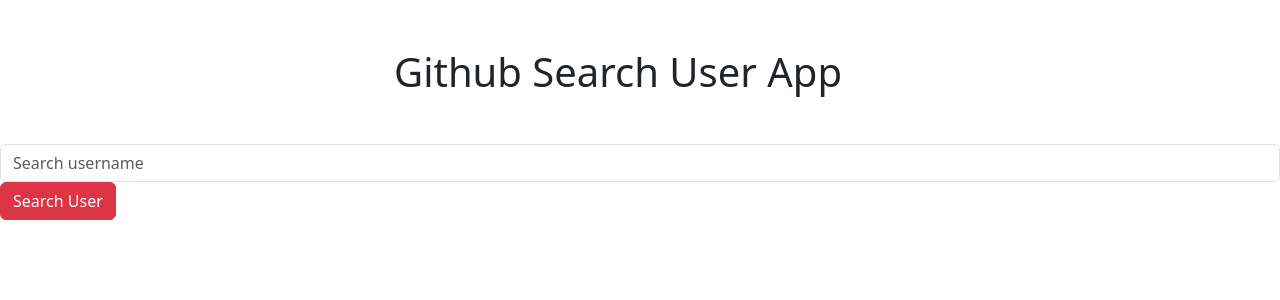
Repository: solox-cyber/Github-search-user
Page: index.html
An editor plug-in stored every save of this project. The page is shown before and after a run of saves, followed by the edit.
The browser window is 1280 px wide. The pictures show the whole page.

Above is the page before, as saved 2023-03-25 17:11:30.

### index.html
<!DOCTYPE html>
<html lang="en">

<head>
    <meta charset="UTF-8">
    <meta http-equiv="X-UA-Compatible" content="IE=edge">
    <meta name="viewport" content="width=device-width, initial-scale=1.0">
    <title>Github Search User Using Github API</title>
    <link href="https://cdn.jsdelivr.net/npm/bootstrap@5.3.0-alpha2/dist/css/bootstrap.min.css" rel="stylesheet"
        integrity="sha384-aFq/bzH65dt+w6FI2ooMVUpc+21e0SRygnTpmBvdBgSdnuTN7QbdgL+OapgHtvPp" crossorigin="anonymous">
</head>

<body>
    <div class="container m-5">
        <h1 style="text-align: center;">
            Github Search User App
        </h1>
    </div>
    <form id="myForm" autocomplete="off" action="">
        <div class="form-group">
            <input type="text" name="" class="form-control" placeholder="Search username" id="">
        </div>
        <div class="form-group">
            <button class="btn btn-danger btn-block">
                Search User
            </button>
        </div>
    </form>
    <script src="https://cdn.jsdelivr.net/npm/bootstrap@5.3.0-alpha2/dist/js/bootstrap.bundle.min.js"
        integrity="sha384-qKXV1j0HvMUeCBQ+QVp7JcfGl760yU08IQ+GpUo5hlbpg51QRiuqHAJz8+BrxE/N"
        crossorigin="anonymous"></script>
</body>

</html>

After the next 2 saves:
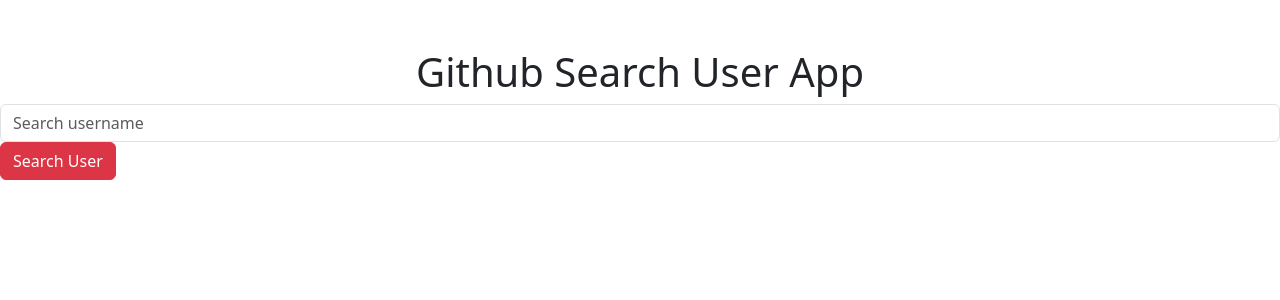
The 2 saves are shown as one change because they came seconds apart.
The last was saved 11 s later.
--- a/index.html
+++ b/index.html
@@ -11,7 +11,7 @@
 </head>
 
 <body>
-    <div class="container m-5">
+    <div class="container mt-5">
         <h1 style="text-align: center;">
             Github Search User App
         </h1>
